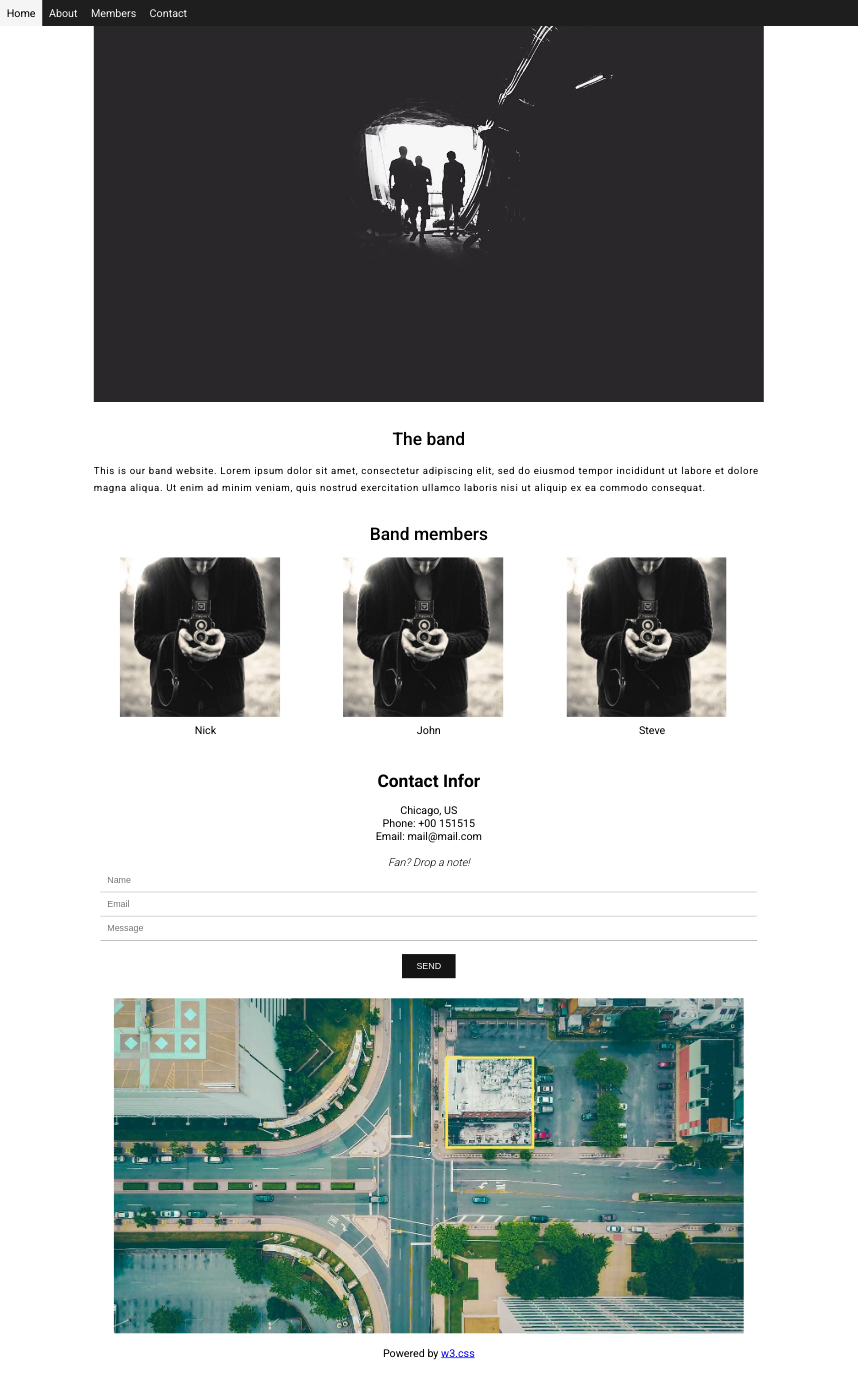
Repository: hieu-22/w3_band_UI
Page: index.html
An editor plug-in stored every save of this project. The page is shown before and after the next save, followed by the edit.
The browser window is 1280 px wide. The pictures show the whole page, at 67% of full size.

Above is the page before, as saved 2022-12-30 14:20:42.

### index.html
<!DOCTYPE html>
<html lang="en">
<head>
    <meta charset="UTF-8">
    <meta http-equiv="X-UA-Compatible" content="IE=edge">
    <meta name="viewport" content="width=device-width, initial-scale=1.0">
    <title>The band - by w3school</title>
    <script src="scr/main.js" defer></script>
    <link rel="stylesheet" href="assets/css/style.css">
    <link rel="preconnect" href="https://fonts.googleapis.com"><link rel="preconnect" href="https://fonts.gstatic.com" crossorigin><link href="https://fonts.googleapis.com/css2?family=Roboto:wght@100;300;400;500;700&display=swap" rel="stylesheet">
</head>
<body>
    <header class="header">
        <nav class="navigation-bar">
            <ul class="navigation-bar__list">
                <li class="navigation-bar__list-item">
                    Home
                </li>
                <li class="navigation-bar__list-item">
                    About
                </li>
                <li class="navigation-bar__list-item">
                    Members
                </li>
                <li class="navigation-bar__list-item">
                    Contact
                </li>
            </ul>
        </nav>
        <div class="banner"></div>
    </header>

    <main class="content">
        <div class="content__about">
            <h2 class="content__about-name">The band</h2>
            <p class="content__about-description"> This is our band website. Lorem ipsum dolor sit amet, consectetur adipiscing elit, sed do eiusmod tempor incididunt ut labore et dolore magna aliqua. Ut enim ad minim veniam, quis nostrud exercitation ullamco laboris nisi ut aliquip ex ea commodo consequat.
            </p>
        </div>
        <!-- end about -->

        <div class="content__members">
            <h2 class="content__members-header">Band members</h2>
            <div class="content__members-container">
                <div class="member">
                    <div class="member__img">
                        <img src="/assets/img/img_bandmember.jpg" alt="band member">
                    </div>
                    <p class="member__name">Nick</p>
                </div>
                <!-- member1 -->
                <div class="member">
                    <div class="member__img">
                        <img src="/assets/img/img_bandmember.jpg" alt="band member">
                    </div>
                    <p class="member__name">John</p>
                </div>
                <!-- member2 -->
                <div class="member">
                    <div class="member__img">
                        <img src="/assets/img/img_bandmember.jpg" alt="band member">
                    </div>
                    <p class="member__name">Steve</p>
                </div>
                <!-- member3 -->
            </div>
        </div>
        <!-- end members -->
        <div class="content__contact-infor">
            <h2 class="contact-infor__header">Contact Infor</h2>
            <address class="contact-infor__address">
                Chicago, US</br>
                Phone: +00 151515</br>
                Email: mail@mail.com
            </address>
            <div class="contact-infor__form">
                <h3 class="contact-infor__form-title">Fan? Drop a note!</h3>
            <form action="#">
                <input type="text" placeholder="Name" name="name">
                <input type="email" placeholder="Email">
                <input type="text" placeholder="Message">
                <button type="submit">SEND</button>
            </form>
            </div>
            <div class="contact-infor__banner"></div>
        </div>
    </main>

    <footer class="footer">
        <p>Powered by <a href="#">w3.css</a></p>
    </footer>
</body>
</html>

### scr/main.js
// change banner starts
const banner = document.querySelector('.banner')
let currentBanner = 'banner1'

function changeBanner() {
    if(currentBanner == 'banner1') {
        banner.classList.remove('banner-picture1')
        banner.classList.add('banner-picture2')
        currentBanner = 'banner2'
    } else if(currentBanner == 'banner2') {
        banner.classList.remove('banner-picture2')
        banner.classList.add('banner-picture3')
        currentBanner = 'banner3'
    } else {
        banner.classList.remove('banner-picture3')
        currentBanner = 'banner1'
    }
}

setInterval(changeBanner, 1500)
// change banner ends

### assets/css/style.css
* {
    box-sizing: border-box;
    padding: 0;
    margin: 0;

}

html {
    font-family: 'Roboto', sans-serif;
    font-size: 16px;
    max-width: 1000px;
    margin: auto;
}

.navigation-bar {
    position: fixed;
    top: 0;
    left: 0;
    z-index: 2;
    width: 100%;
    background-color: rgb(30, 30, 30);
}

.navigation-bar__list {
    display: flex;
    justify-content: flex-start;
    align-items: center;
    border-radius: 2px;
    list-style-type: none;
}

.navigation-bar__list-item {
    padding: 10px;
    color: whitesmoke;
}

.navigation-bar__list-item:hover {
    background-color: whitesmoke;
    color: black;
    cursor: pointer;
}

.banner {
    height: 600px;
    width: auto;
    background-size: cover;
    background-image: url('../img/img_la.jpg');
}

.banner-picture2 {
    background-image: url('../img/img_ny.jpg');
}
.banner-picture3 {
    background-image: url('../img/img_ch.jpg');
}

/* main content */
.content__about {
    margin-top: 20px;
}

.content__about-name {
    font-weight: 500;
    text-align: center;
    font-size: 26px;
    padding: 20px 0;
}

.content__about-description {
    letter-spacing: 1px;
    line-height: 26px;
    font-size: 0.9rem;
}
/* end about */

.content__members {
    margin-top: 20px;
}
.content__members-header {
    font-weight: 500;
    text-align: center;
    width: 100%;
    padding: 20px 0;
    font-size: 26px;
}
.content__members-container {
    display: flex;
    justify-content: space-around;
}

.member__img {
    height: 80%;
}

.member__img img {
    height: 100%;
}

.member__name {
    text-align: center;
    padding: 10px;
}
/* end member */

.content__contact-infor {
    margin: 20px 10px 0 10px;
}

.content__contact-infor .contact-infor__header {
    margin: 20px 0;
    text-align: center;
    font-size: 26px;
}

.content__contact-infor .contact-infor__address {
    margin: 20px 0;
    text-align: center;
    font-style: normal;
}
/* end contact address */

.content__contact-infor .contact-infor__form-title {
    font-style: italic;
    font-weight: 300;
    font-size: 16px;
    text-align: center;
}

input {
    width: 100%;
    padding: 10px;
    border: none;
    border-bottom: 1px solid rgb(158, 158, 158);
}

input:focus {
    border: 1px solid black;
}

button {
    position: relative;
    left: 50%;
    top: 20px;
    transform: translateX(-50%);

    width: 80px;
    height: 36px;
    border: none;

    background-color: rgb(20, 20, 20);
    color: white;

    cursor: pointer;
}

button:hover {
    background-color: rgb(196, 198, 199);
    color: black;
}
/* end contact form */

.contact-infor__banner {
    height: 500px;
    width: auto;
    margin: 50px 20px 0 20px;
    background-image: url(../img/map.jpg);
    background-size: cover;
    background-repeat: no-repeat;
}

.footer {
    margin: 20px 0 40px 0;
}

.footer p {
    text-align: center;
}

@media only screen and (760px < width < 1000px) {
    .banner {
        height: 550px;
    }
    .contact-infor__banner {
        height: 400px;
    }
}

@media only screen and (580px < width <= 760px) {
    .banner {
        height: 450px;
    }
    .content__members-container {
        flex-flow: row wrap;
    }
    .contact-infor__banner {
        height: 360px;
    }
}

@media only screen and (width < 580px) {
    .banner {
        height: 350px;
    }
    .content__members-container {
        flex-flow: column;
    }
    .member__img {
        display: flex;
        justify-content: center;
    }

    .contact-infor__banner {
        height: 300px;
        background-size: contain;
    }
}

After the next save:
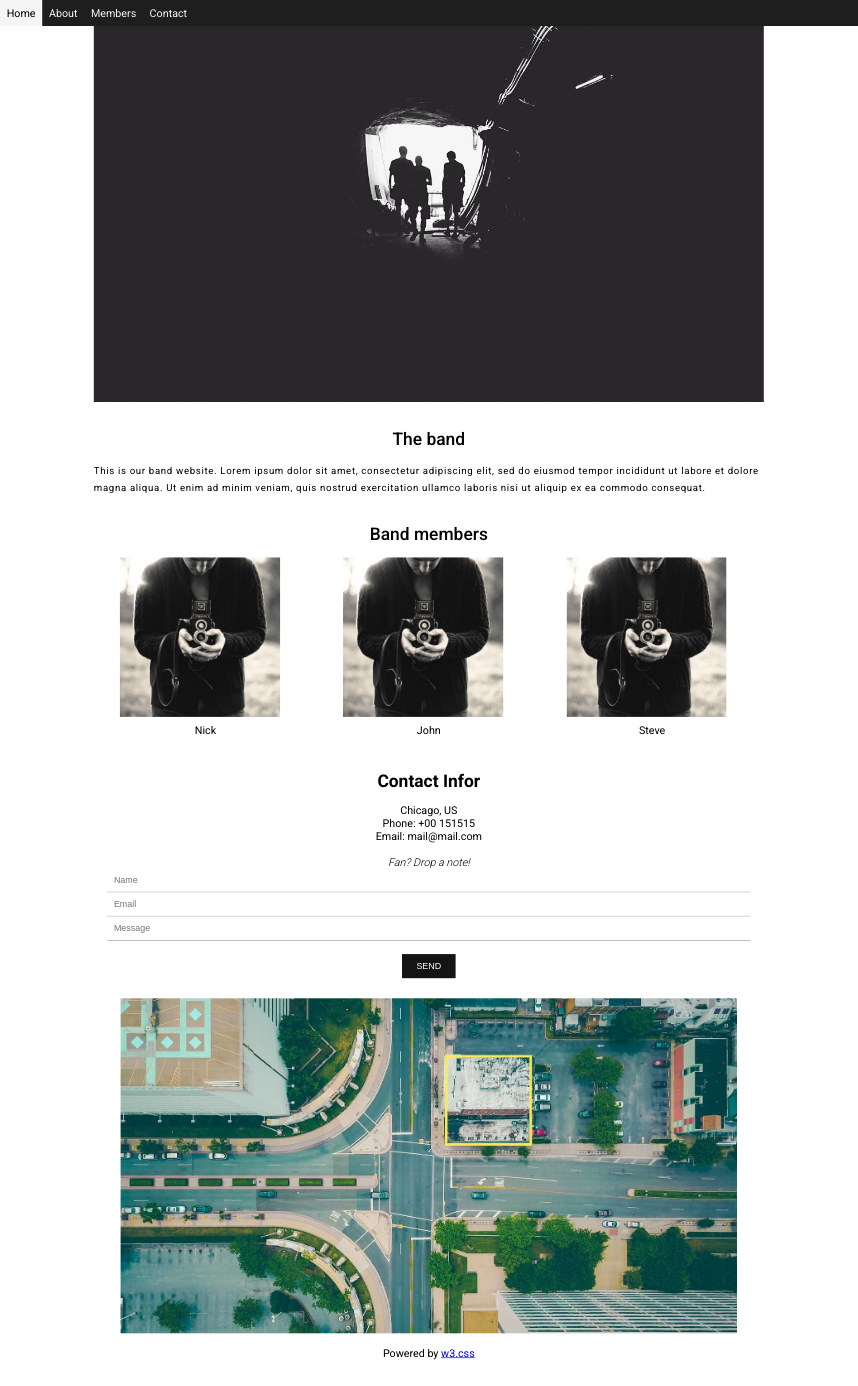
Saved 49 s later.
--- a/assets/css/style.css
+++ b/assets/css/style.css
@@ -103,7 +103,7 @@ html {
 /* end member */
 
 .content__contact-infor {
-    margin: 20px 10px 0 10px;
+    margin: 20px 20px 0 20px;
 }
 
 .content__contact-infor .contact-infor__header {
